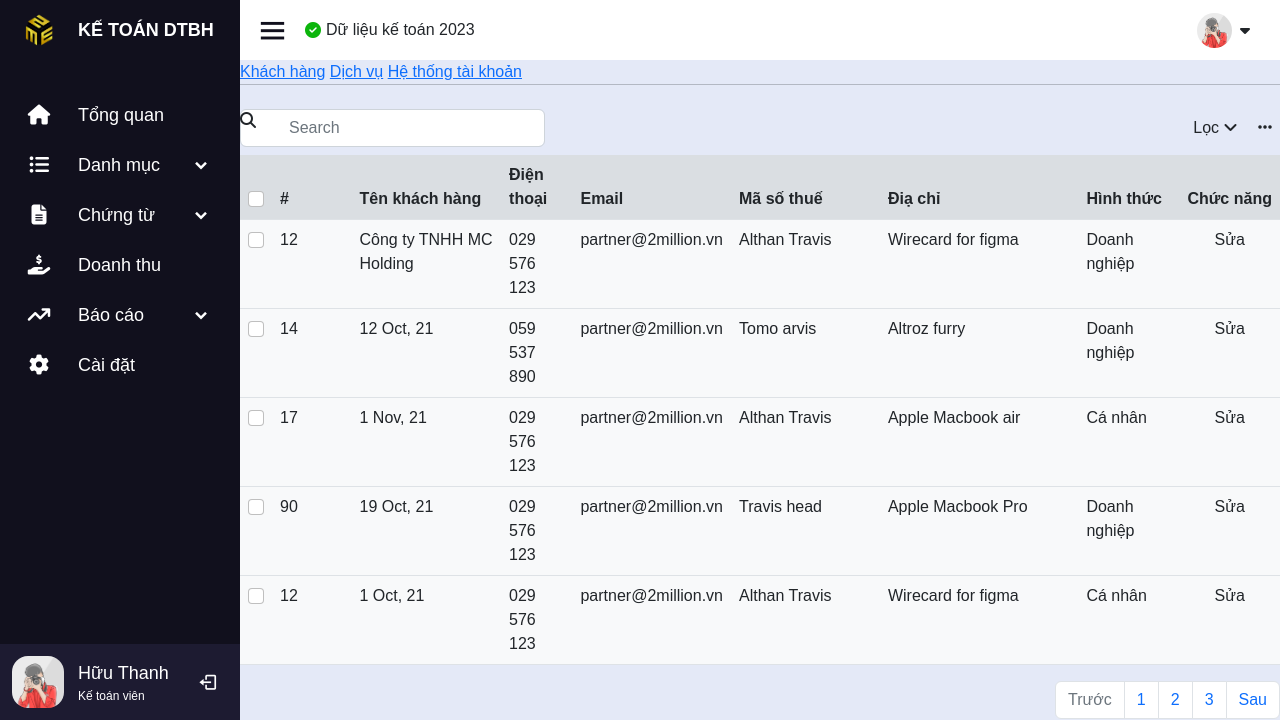
Repository: huuthanhdev/PhanMemKeToan
Page: pages/customer.html
An editor plug-in stored every save of this project. The page is shown before and after the next save, followed by the edit.
The browser window is 1280 px wide. The pictures show the whole page.
Some web fonts or font styles are not loaded; a fallback is used. Some web libraries are served in a nearby version.

Above is the page before, as saved 2023-03-24 16:35:01.

### pages/customer.html
<!DOCTYPE html>
  <!-- Coding by CodingLab | www.codinglabweb.com -->
<html lang="en">
<head>
    <meta charset="UTF-8">
    <meta http-equiv="X-UA-Compatible" content="IE=edge">
    <meta name="viewport" content="width=device-width, initial-scale=1.0">
    <link rel="icon" type="png" href="/assets/img/logo 2me.png"/>
    <title>2MILLION</title>
    <!----======== CSS ======== -->
    <link rel="stylesheet" href="/assets/css/style.css">
    <!----===== Boxicons CSS ===== -->
    <link href='https://unpkg.com/boxicons@2.1.1/css/boxicons.min.css' rel='stylesheet'>
    <link rel="stylesheet" href="https://cdnjs.cloudflare.com/ajax/libs/font-awesome/6.1.2/css/all.min.css" integrity="sha512-1sCRPdkRXhBV2PBLUdRb4tMg1w2YPf37qatUFeS7zlBy7jJI8Lf4VHwWfZZfpXtYSLy85pkm9GaYVYMfw5BC1A==" crossorigin="anonymous" referrerpolicy="no-referrer" />
    <!-- bootstrap 5 -->
    <link href="https://cdn.jsdelivr.net/npm/bootstrap@5.2.1/dist/css/bootstrap.min.css" rel="stylesheet"
    integrity="sha384-iYQeCzEYFbKjA/T2uDLTpkwGzCiq6soy8tYaI1GyVh/UjpbCx/TYkiZhlZB6+fzT" crossorigin="anonymous">

</head>
<body>
    <div class="sidebar">
        <div class="logo-details">
          <!-- <i class='bx bxl-c-plus-plus'></i> -->
          <img src="../assets/img/logo 2me.png" alt="" class="logo-img">
          <span class="logo_name">KẾ TOÁN DTBH</span>
        </div>
        <ul class="nav-links">
          <li class="nav-item">
            <a href="../pages/overview.html">
              <i class='fa-solid fa-house'></i>
              <span class="link_name">Tổng quan</span>
            </a>
            <ul class="sub-menu blank">
              <li><a class="link_name" href="../pages/overview.html">Tổng quan</a></li>
            </ul>
          </li>
          <li class="nav-item active">
            <div class="icon-link">
              <a href="../pages/customer.html">
                <i class='fa-solid fa-list-ul' ></i>
                <span class="link_name">Danh mục</span>
              </a>
              <i class='bx bxs-chevron-down arrow' ></i>
            </div>
            <ul class="sub-menu">
              <li><a class="link_name" href="#">Danh mục</a></li>
              <li><a href="../pages/customer.html">Khách hàng</a></li>
              <li><a href="../pages/service.html">Dịch vụ</a></li>
              <li><a href="../pages/account.html">Tài khoản</a></li>
            </ul>
          </li>

          <li class="nav-item">
            <div class="icon-link">
              <a href="#">
                <i class='fa-solid fa-file-lines' ></i>
                <span class="link_name">Chứng từ</span>
              </a>
              <i class='bx bxs-chevron-down arrow' ></i>
            </div>
            <ul class="sub-menu">
              <li><a class="link_name" href="#">Chứng từ</a></li>
              <li><a href="#">Hóa đơn GTGT</a></li>
              <li><a href="#">Phiếu giảm giá HB</a></li>
            </ul>
          </li>

          <li class="nav-item">
            <a href="#">
              <i class='fa-solid fa-hand-holding-dollar' ></i>
              <span class="link_name">Doanh thu</span>
            </a>
            <ul class="sub-menu blank">
              <li><a class="link_name" href="#">Doanh thu</a></li>
            </ul>
          </li>

          <li class="nav-item">
            <div class="icon-link">
              <a href="#">
                <i class='fa-solid fa-arrow-trend-up' ></i>
                <span class="link_name">Báo cáo</span>
              </a>
              <i class='bx bxs-chevron-down arrow' ></i>
            </div>
            <ul class="sub-menu">
              <li><a class="link_name" href="#">Báo cáo</a></li>
              <li><a href="#">Doanh thu theo KH</a></li>
              <li><a href="#">Doanh thu theo DV</a></li>
              <li><a href="#">Tổng hợp Doanh thu</a></li>
              <li><a href="#">Giảm trừ Doanh thu</a></li>
            </ul>
          </li>

          <li class="nav-item">
            <a href="#">
              <i class='fa-solid fa-gear' ></i>
              <span class="link_name">Cài đặt</span>
            </a>
            <ul class="sub-menu blank">
              <li><a class="link_name" href="#">Cài đặt</a></li>
            </ul>
          </li>
          <li>
        <div class="profile-details">
          <div class="profile-content">
            <img src="../assets/img/client2.png" alt="profileImg">
          </div>
          <div class="name-job">
            <div class="profile_name">Hữu Thanh</div>
            <div class="job">Kế toán viên</div>
          </div>
          <i class='bx bx-log-out' ></i>
        </div>
      </li>
    </ul>
      </div>
    <section class="home-section">
      <div class="home-nav">
          <i class='bx bx-menu' ></i>
          <div class="home-text">
              <i class="fa-solid fa-circle-check home-icon"></i>
              <span>Dữ liệu kế toán 2023</span>
          </div>

          <div class="home-info">
              <img src="../assets/img/client2.png" alt="avatar" class="home-avatar">
              <i class="fa-solid fa-caret-down"class="home-icon"></i>
          </div>
      </div>
      <!-- content -->
      <div class="home-content">
        <div class="home-tab">
          <a class="tab-item active" href="/pages/customer.html">Khách hàng</a>
          <a class="tab-item" href="/pages/service.html">Dịch vụ</a>
          <a class="tab-item" href="/pages/account.html">Hệ thống tài khoản</a>
        </div>
        <hr class="mt-0 mb-4">
        <!-- table -->
        <div class="container-fluid mt-0 px-0">
          <div class="mb-2 d-flex justify-content-between align-items-center">
              <div class="position-relative">
                  <span class="position-absolute search"><i class="fa fa-search"></i></span>
                  <input class="form-control w-100 px-5" placeholder="Search">
              </div>
              <div class="px-2">
                  <span>Lọc <i class="fa fa-angle-down"></i></span>
                  <i class="fa fa-ellipsis-h ms-3"></i>
              </div>
          </div>
          <div class="table-responsive">
          <table class="table table-responsive table-hover bg-light">
            <thead>
              <tr style="background-color: #dadee2">
                <th scope="col" width="2%"><input class="form-check-input" type="checkbox"></th>
                <th scope="col" width="8%">#</th>
                <th scope="col" width="15%">Tên khách hàng</th>
                <th scope="col" width="7%">Điện thoại</th>
                <th scope="col" width="13%">Email</th>
                <th scope="col" width="15%">Mã số thuế</th>
                <th scope="col" width="20%">Điạ chỉ</th>
                <th scope="col" width="10%">Hình thức</th>
                <th scope="col" width="10%" class="text-center">Chức năng</th>
              </tr>
            </thead>
            <tbody>
              <tr>
                <th scope="row"><input class="form-check-input" type="checkbox"></th>
                <td>12</td>
                <td>Công ty TNHH MC Holding</td>
                <td>029 576 123</td>
                <td>partner@2million.vn</td>
                <td>Althan Travis</td>
                <td>Wirecard for figma</td>
                <td>Doanh nghiệp</td>
                <td class="text-center">Sửa</td>
              </tr>

              <tr>
                <th scope="row"><input class="form-check-input" type="checkbox"></th>
                <td>14</td>
                <td>12 Oct, 21</td>
                <td>059 537 890</td>
                <td>partner@2million.vn</td>
                <td>Tomo arvis</td>
                <td>Altroz furry</td>
                <td>Doanh nghiệp</td>
                <td class="text-center">Sửa</td>
              </tr>

              <tr>
                <th scope="row"><input class="form-check-input" type="checkbox"></th>
                <td>17</td>
                <td>1 Nov, 21</td>
                <td>029 576 123</td>
                <td>partner@2million.vn</td>
                <td>Althan Travis</td>
                <td>Apple Macbook air</td>
                <td>Cá nhân</td>
                <td class="text-center">Sửa</td>
              </tr>

              <tr>
                <th scope="row"><input class="form-check-input" type="checkbox"></th>
                <td>90</td>
                <td>19 Oct, 21</td>
                <td>029 576 123</td>
                <td>partner@2million.vn</td>
                <td>Travis head</td>
                <td>Apple Macbook Pro</td>
                <td>Doanh nghiệp</td>
                <td class="text-center">Sửa</td>
              </tr>

              <tr>
                <th scope="row"><input class="form-check-input" type="checkbox"></th>
                <td>12</td>
                <td>1 Oct, 21</td>
                <td>029 576 123</td>
                <td>partner@2million.vn</td>
                <td>Althan Travis</td>
                <td>Wirecard for figma</td>
                <td>Cá nhân</td>
                <td class="text-center">Sửa</td>
              </tr>
            </tbody>
          </table>
          </div>
        </div>
        <!-- //table -->
        <!-- pagination -->
        <nav aria-label="Page navigation example">
          <ul class="pagination justify-content-end">
            <li class="page-item disabled">
              <a class="page-link" href="#" tabindex="-1" aria-disabled="true">Trước</a>
            </li>
            <li class="page-item"><a class="page-link" href="#">1</a></li>
            <li class="page-item"><a class="page-link" href="#">2</a></li>
            <li class="page-item"><a class="page-link" href="#">3</a></li>
            <li class="page-item">
              <a class="page-link" href="#">Sau</a>
            </li>
          </ul>
        </nav>
        <!-- //pagination -->

      </div>
    </section>

    <script src="/app.js"></script>

</body>
</html>

### assets/css/style.css
/* Google Fonts Import Link */
@import url("https://fonts.googleapis.com/css2?family=Quicksand:wght@300;400;500;600&display=swap");
* {
  margin: 0;
  padding: 0;
  box-sizing: border-box;
  font-family: "Quicksand", sans-serif;
}
.sidebar{
  position: fixed;
  top: 0;
  left: 0;
  height: 100%;
  width: 240px;
  background: #11101d;
  z-index: 100;
  transition: all 0.5s ease;
}
.sidebar.close{
  width: 78px;
}
.sidebar .logo-details{
  height: 60px;
  width: 100%;
  display: flex;
  align-items: center;
}
.sidebar .logo-details i{
  font-size: 30px;
  color: #fff;
  height: 50px;
  min-width: 78px;
  text-align: center;
  line-height: 50px;
}
/*add logo  */
.sidebar .logo-details img{
  height: 40px;
  min-width: 78px;
  object-fit: contain;
  border-radius: 16px;
  transition: all 0.5s ease;
}

.sidebar .logo-details .logo_name{
  font-size: 18px;
  color: #fff;
  font-weight: 600;
  transition: 0.3s ease;
  transition-delay: 0.1s;
  position: relative;
}
.sidebar.close .logo-details .logo_name{
  transition-delay: 0s;
  opacity: 0;
  pointer-events: none;
}
.sidebar .nav-links{
  height: 100%;
  padding: 30px 0 150px 0;
  overflow: auto;
}
.sidebar.close .nav-links{
  overflow: visible;
}
.sidebar .nav-links::-webkit-scrollbar{
  display: none;
}
.sidebar .nav-links li{
  position: relative;
  list-style: none;
  transition: all 0.4s ease;
}
.sidebar .nav-links li:hover{
  background: #1d1b31;
}
.sidebar .nav-links li .icon-link{
  display: flex;
  align-items: center;
  justify-content: space-between;
}
.sidebar.close .nav-links li .icon-link{
  display: block
}
.sidebar .nav-links li i{
  height: 50px;
  min-width: 78px;
  text-align: center;
  line-height: 50px;
  color: #fff;
  font-size: 20px;
  cursor: pointer;
  transition: all 0.3s ease;
}
.sidebar .nav-links li.showMenu i.arrow{
  transform: rotate(-180deg);
}
.sidebar.close .nav-links i.arrow{
  display: none;
}
.sidebar .nav-links li a{
  display: flex;
  align-items: center;
  text-decoration: none;
}
.sidebar .nav-links li a .link_name{
  font-size: 18px;
  font-weight: 400;
  color: #fff;
  transition: all 0.4s ease;
}
.sidebar.close .nav-links li a .link_name{
  opacity: 0;
  pointer-events: none;
}
.sidebar .nav-links li .sub-menu{
  padding: 6px 6px 14px 80px;
  margin-top: -10px;
  background: #1d1b31;
  display: none;
}
.sidebar .nav-links li.showMenu .sub-menu{
  display: block;
}
.sidebar .nav-links li .sub-menu a{
  color: #fff;
  font-size: 15px;
  padding: 5px 0;
  white-space: nowrap;
  opacity: 0.6;
  transition: all 0.3s ease;
}
.sidebar .nav-links li .sub-menu a:hover{
  opacity: 1;
}
.sidebar.close .nav-links li .sub-menu{
  position: absolute;
  left: 100%;
  top: -10px;
  margin-top: 0;
  padding: 10px 20px;
  border-radius: 0 6px 6px 0;
  opacity: 0;
  display: block;
  pointer-events: none;
  transition: 0s;
}
.sidebar.close .nav-links li:hover .sub-menu{
  top: 0;
  opacity: 1;
  pointer-events: auto;
  transition: all 0.4s ease;
}
.sidebar .nav-links li .sub-menu .link_name{
  display: none;
}
.sidebar.close .nav-links li .sub-menu .link_name{
  font-size: 18px;
  opacity: 1;
  display: block;
}
.sidebar .nav-links li .sub-menu.blank{
  opacity: 1;
  pointer-events: auto;
  padding: 3px 20px 6px 16px;
  opacity: 0;
  pointer-events: none;
}
.sidebar .nav-links li:hover .sub-menu.blank{
  top: 50%;
  transform: translateY(-50%);
}
.sidebar .profile-details{
  position: fixed;
  bottom: 0;
  width: 240px;
  display: flex;
  align-items: center;
  justify-content: space-between;
  background: #1d1b31;
  padding: 12px 0;
  transition: all 0.5s ease;
}
.sidebar.close .profile-details{
  background: none;
}
.sidebar.close .profile-details{
  width: 78px;
}
.sidebar .profile-details .profile-content{
  display: flex;
  align-items: center;
  cursor: pointer;
}
.sidebar .profile-details img{
  height: 52px;
  width: 52px;
  object-fit: cover;
  border-radius: 16px;
  margin: 0 14px 0 12px;
  background: #1d1b31;
  transition: all 0.5s ease;
}
.sidebar.close .profile-details img{
  padding: 10px;
}
.sidebar .profile-details .profile_name,
.sidebar .profile-details .job{
  color: #fff;
  font-size: 18px;
  font-weight: 500;
  white-space: nowrap;
}
/* thêm nowrap */
.sidebar .nav-links .link_name,
.sidebar .logo-details .logo_name{
  white-space: nowrap;
}
/*  */
.sidebar.close .profile-details i,
.sidebar.close .profile-details .profile_name,
.sidebar.close .profile-details .job{
  display: none;
}
.sidebar .profile-details .job{
  font-size: 12px;
}
.home-section{
  position: relative;
  background: #E4E9F7;
  height: 100vh;
  left: 240px;
  width: calc(100% - 240px);
  transition: all 0.5s ease;
}
.sidebar.close ~ .home-section{
  left: 78px;
  width: calc(100% - 78px);
}
.home-section .home-nav{
  height: 60px;
  display: flex;
  align-items: center;
}
.home-section .home-nav .bx-menu,
.home-section .home-nav .text{
  color: #11101d;
  font-size: 35px;
}
.home-section .home-nav .bx-menu{
  margin: 0 15px;
  cursor: pointer;
}
.home-section .home-nav .text{
  font-size: 26px;
  font-weight: 600;
}
@media (max-width: 400px) {
  .sidebar.close .nav-links li .sub-menu{
    display: none;
  }
  .sidebar{
    width: 78px;
  }
  .sidebar.close{
    width: 0;
  }
  .home-section{
    left: 78px;
    width: calc(100% - 78px);
    z-index: 100;
  }
  .sidebar.close ~ .home-section{
    width: 100%;
    left: 0;
  }
}
/* nav fixed */
.home {
  position: fixed;
}
.home-nav {
  display: flex;
  justify-content: flex-start;
  margin-top: auto;
  width: 100%;
  height: 60px;
  background-color: white;
}
.home-info, .home-text {
  display: flex;
  align-items: center;
  justify-content: space-between;
}
.home-icon {
  color: #11101d;
}
.home-text .home-icon {
  color: rgb(12, 181, 12);
  padding-right: 5px;
}
.home-avatar {
  width: 35px;
  height: 35px;
  border-radius: 50%;
  object-fit: cover;
  margin-right: 8px;
}
.home-info{
  margin-left: auto;
  padding-right: 30px;
  cursor: pointer;
}

### app.js
let arrow = document.querySelectorAll(".arrow");
  for (var i = 0; i < arrow.length; i++) {
    arrow[i].addEventListener("click", (e)=>{
   let arrowParent = e.target.parentElement.parentElement;//selecting main parent of arrow
   arrowParent.classList.toggle("showMenu");
    });
  }
  let sidebar = document.querySelector(".sidebar");
  let sidebarBtn = document.querySelector(".bx-menu");
  console.log(sidebarBtn);
  sidebarBtn.addEventListener("click", ()=>{
    sidebar.classList.toggle("close");
  });

After the next save:
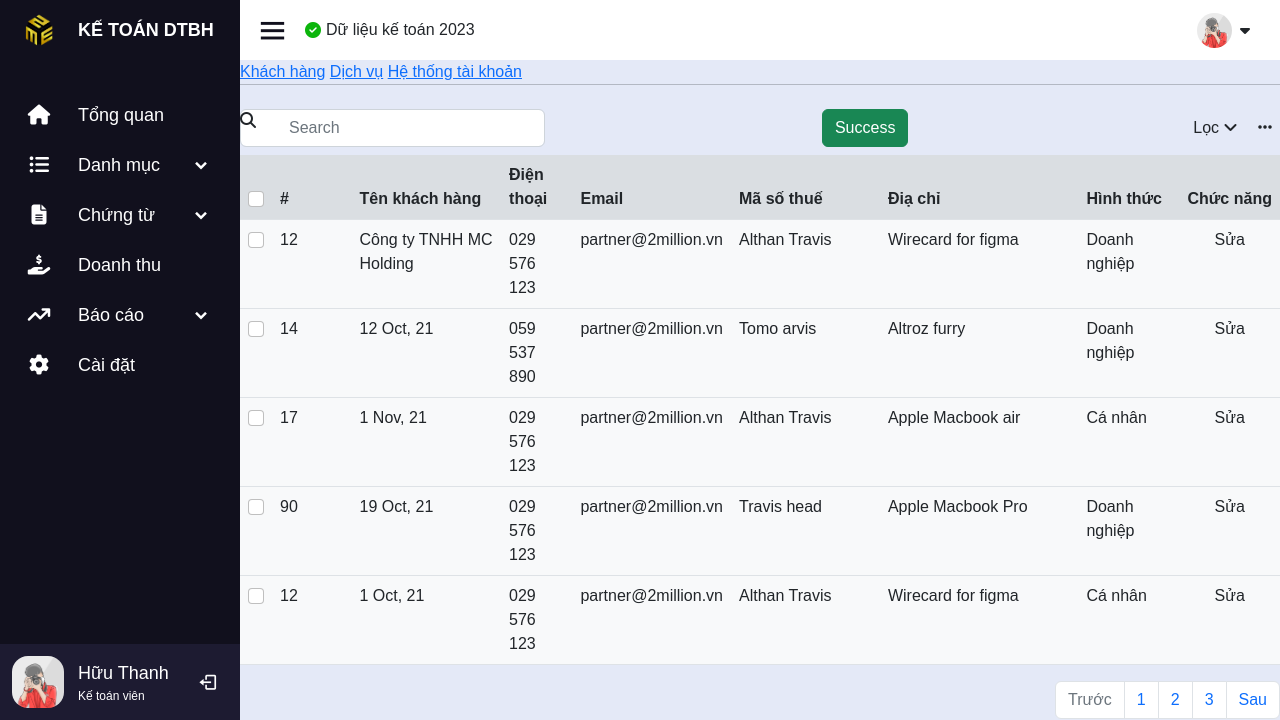
Saved 4 min 54 s later.
--- a/pages/customer.html
+++ b/pages/customer.html
@@ -143,6 +143,7 @@
                   <span class="position-absolute search"><i class="fa fa-search"></i></span>
                   <input class="form-control w-100 px-5" placeholder="Search">
               </div>
+              <button type="button" class="btn btn-success">Success</button>
               <div class="px-2">
                   <span>Lọc <i class="fa fa-angle-down"></i></span>
                   <i class="fa fa-ellipsis-h ms-3"></i>
